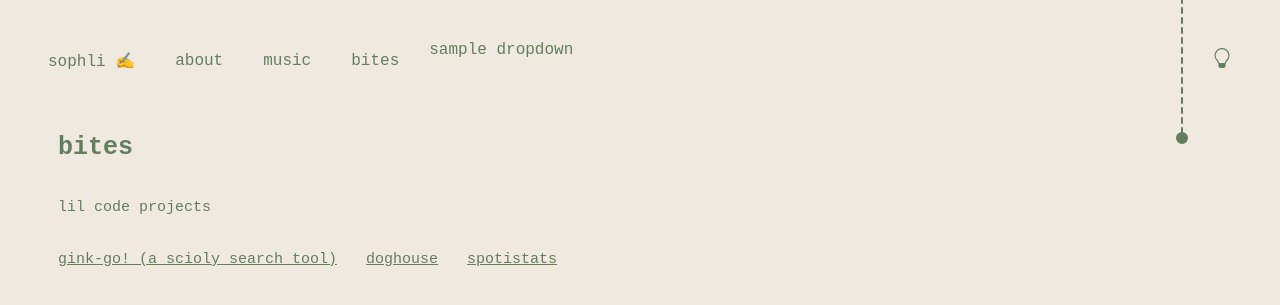
Repository: soph-lin/sophli-legacy
Page: http://localhost/bites.php
An editor plug-in stored every save of this project. The page is shown before and after the next save, followed by the edit.
The browser window is 1280 px wide. The pictures show the whole page.
The page is run by PHP 8.4 with error messages shown; the project is at /var/www/html/.

Above is the page before, as saved 2024-07-12 21:59:40.

After the next save:
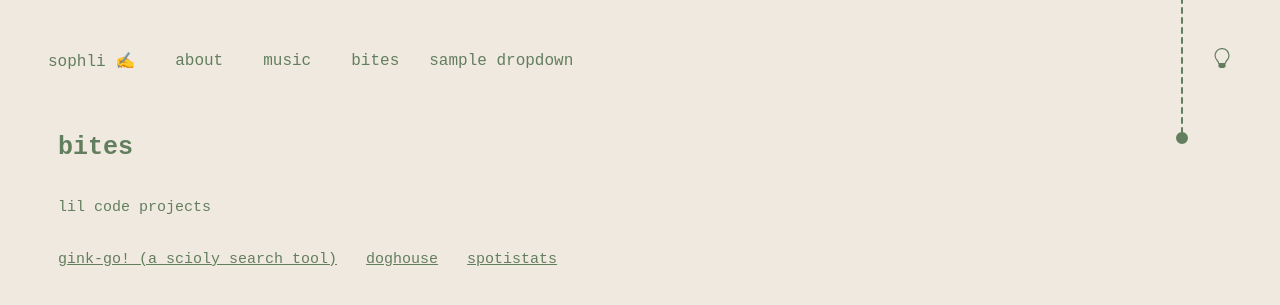
Saved 55 s later.
--- a/css/style.css
+++ b/css/style.css
@@ -182,7 +182,6 @@ nav li {
 
 nav ul li.dropdown {
     position: relative;
-    min-height: 40px; /* Adjust this value as needed */
 }
 
 nav ul li.dropdown > ul {
